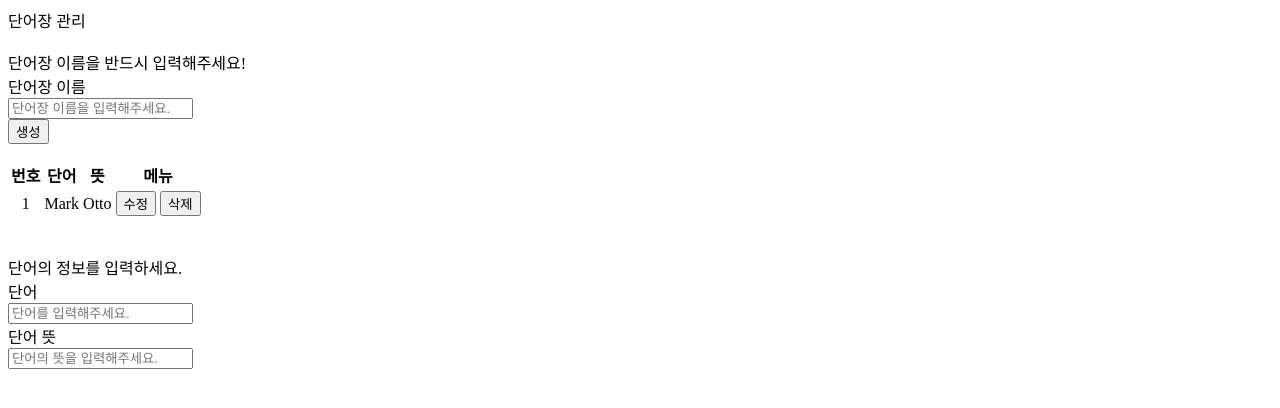
Repository: Pastelkun99/remembrance
Page: http://localhost/ProjectRemembrance/WEB-INF/views/menu_pages/11_makeWordCard.jsp
These files come from the project's save history. The page is drawn as it stood at one moment and after the next save; the edit follows.
The browser window is 1280 px wide. The pictures show the whole page.
The page is served by Tomcat 9. Nobody is signed in. Other server files are loaded and not shown. The template is opened directly, without the code that normally fills it, so the values that code supplies are empty.

Above is the page before, as saved 2019-08-28 01:10:51.

### ProjectRemembrance/src/main/webapp/WEB-INF/views/menu_pages/11_makeWordCard.jsp
<%@ page language="java" contentType="text/html; charset=UTF-8"
	pageEncoding="UTF-8"%>
<%@ taglib uri="http://java.sun.com/jsp/jstl/core" prefix="c"%>
<%@ taglib uri="http://www.springframework.org/tags/form" prefix="form"%>

<div class="container">
	<div class="alert alert-success" role="alert">단어장 관리</div>
	<br /> <label for="basic-url">단어장 이름을 반드시 입력해주세요!</label>
	<div class="input-group mb-3">
		<div class="input-group-prepend">
			<span class="input-group-text" id="basic-addon1">단어장 이름</span>
			<form
				action="${pageContext.request.contextPath }/word/wordcardCreate.do"
				method="post">
				<input type="text" class="form-control" id="q_name"
					placeholder="단어장 이름을 입력해주세요." required="required"> </br>
				<button type="button" class="btn btn-primary">생성</button>
			</form>
		</div>
	</div>
	<table class="table">
		<thead class="thead-light" align="center">
			<tr>
				<th scope="col" align="center">번호</th>
				<th scope="col" align="center">단어</th>
				<th scope="col" align="center">뜻</th>
				<th scope="col" align="center">메뉴</th>
			</tr>
		</thead>
		<tbody>
			<tr>
				<td scope="row" align="center">1</td>
				<td align="center">Mark</td>
				<td align="center">Otto</td>
				<td align="center">
					<button type="button" class="btn btn-success">수정</button>
					<button type="button" class="btn btn-danger">삭제</button>
				</td>
			</tr>
		</tbody>
	</table>

</div>



</br>
</br>
<div class="container" align="left">
	<label for="basic-url"> 단어의 정보를 입력하세요.</label>
	<div class="row">
		<div class="col">
			<div class="input-group mb-3">
				<div class="input-group-prepend">
					<span class="input-group-text" id="basic-addon1">단어</span>
				</div>
				<input type="text" class="form-control" id="q_front"
					placeholder="단어를 입력해주세요." required="required">
			</div>

		</div>
		<div class="col">
			<div class="input-group mb-3">
				<div class="input-group-prepend">
					<span class="input-group-text" id="basic-addon3">단어 뜻</span>
				</div>
				<input type="text" class="form-control" id="q_back"
					placeholder="단어의 뜻을 입력해주세요." required="required">
			</div>

		</div>
	</div>
</div>

After the next save:
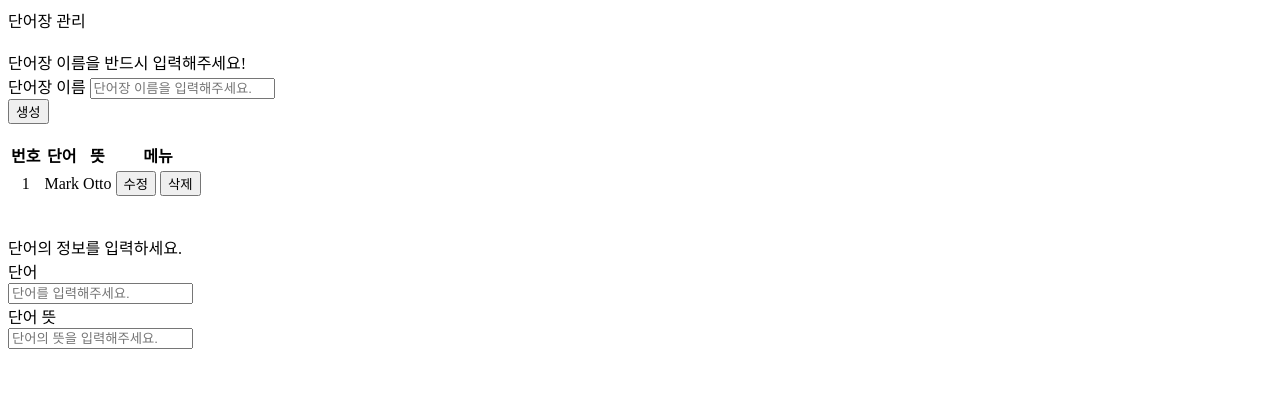
Saved 83 s later.
--- a/ProjectRemembrance/src/main/webapp/WEB-INF/views/menu_pages/11_makeWordCard.jsp
+++ b/ProjectRemembrance/src/main/webapp/WEB-INF/views/menu_pages/11_makeWordCard.jsp
@@ -7,16 +7,14 @@
 	<div class="alert alert-success" role="alert">단어장 관리</div>
 	<br /> <label for="basic-url">단어장 이름을 반드시 입력해주세요!</label>
 	<div class="input-group mb-3">
+			<form action="${pageContext.request.contextPath }/word/wordcardCreate.do" method="post">
 		<div class="input-group-prepend">
 			<span class="input-group-text" id="basic-addon1">단어장 이름</span>
-			<form
-				action="${pageContext.request.contextPath }/word/wordcardCreate.do"
-				method="post">
 				<input type="text" class="form-control" id="q_name"
 					placeholder="단어장 이름을 입력해주세요." required="required"> </br>
 				<button type="button" class="btn btn-primary">생성</button>
+		</div>
 			</form>
-		</div>
 	</div>
 	<table class="table">
 		<thead class="thead-light" align="center">
